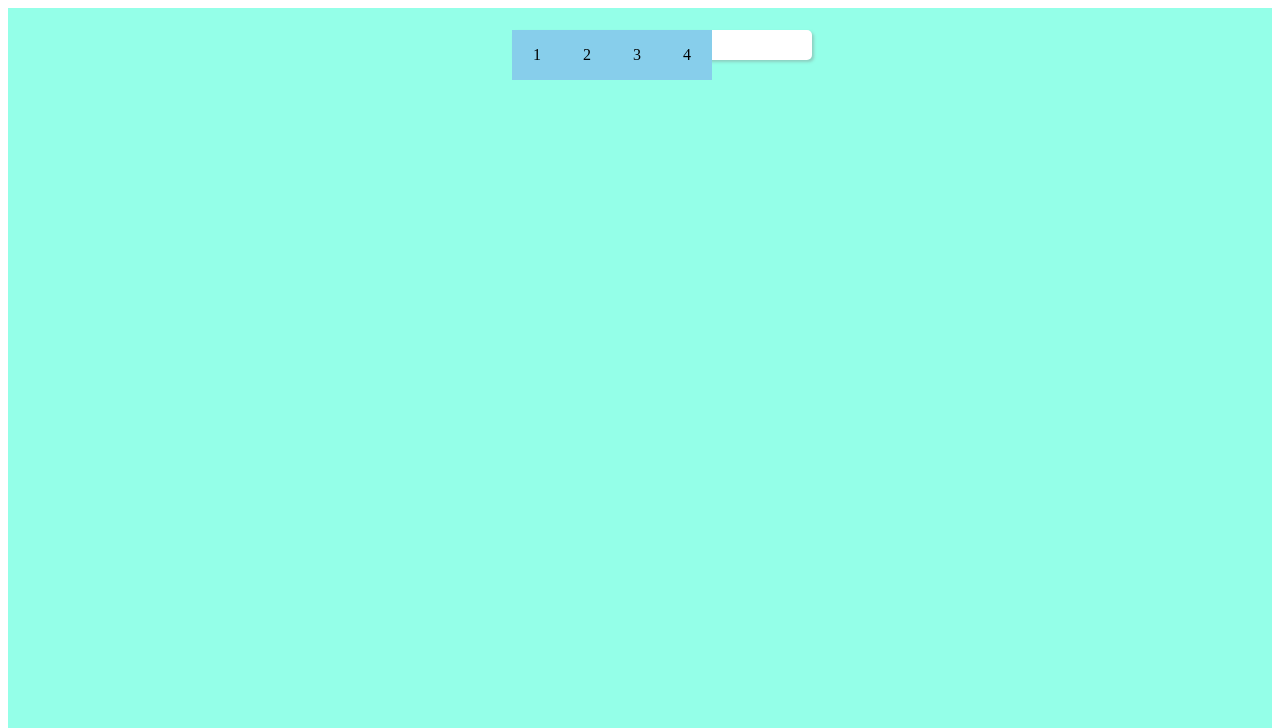
Repository: lxl0302/ClassBegin_-sound_code
Page: /
An editor plug-in stored every save of this project. The page is shown before and after the next save, followed by the edit.
The browser window is 1280 px wide. The pictures show the whole page.
The project was rebuilt for these pictures with package versions that can differ from the ones it lists, and the page was loaded fresh each time.

Above is the page before, as saved 2020-07-08 16:30:13.

After the next save:
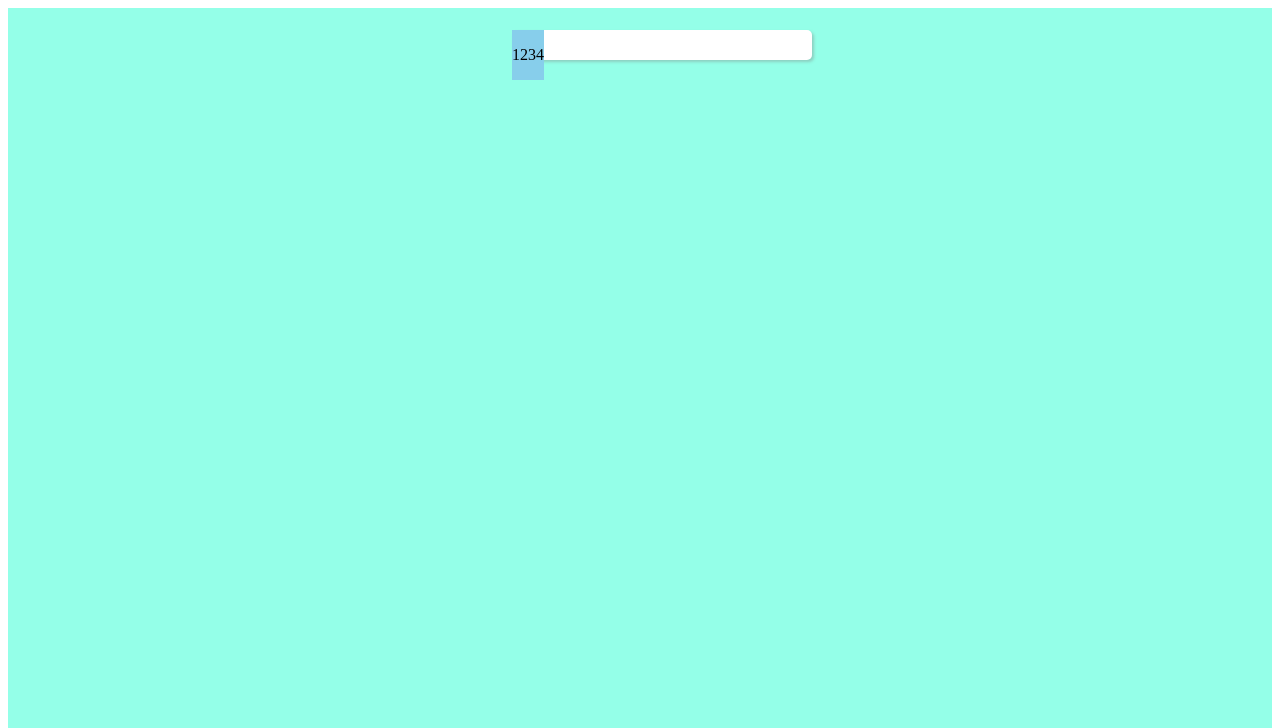
Saved 13 s later.
--- a/src/views/index.vue
+++ b/src/views/index.vue
@@ -49,8 +49,8 @@
   }
 
   .toolbar span {
-    width: 50px;
-    height: 50px;
+    /* width: 50px;
+    height: 50px; */
     /* 设置盒子为行内块 */
     display: inline-block;
     background-color: skyblue;
